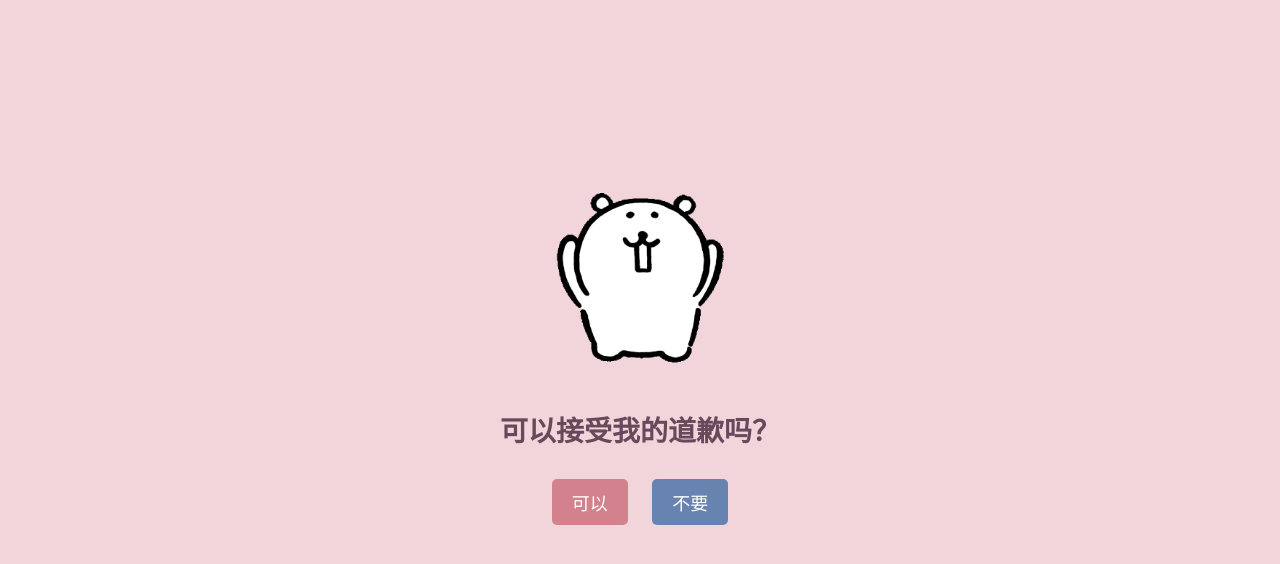
Repository: whatsecret/apologize
Page: index.html
An editor plug-in stored every save of this project. The page is shown before and after the next save, followed by the edit.
The browser window is 1280 px wide. The pictures show the whole page.

Above is the page before, as saved 2025-12-03 10:52:20.

After the next save:
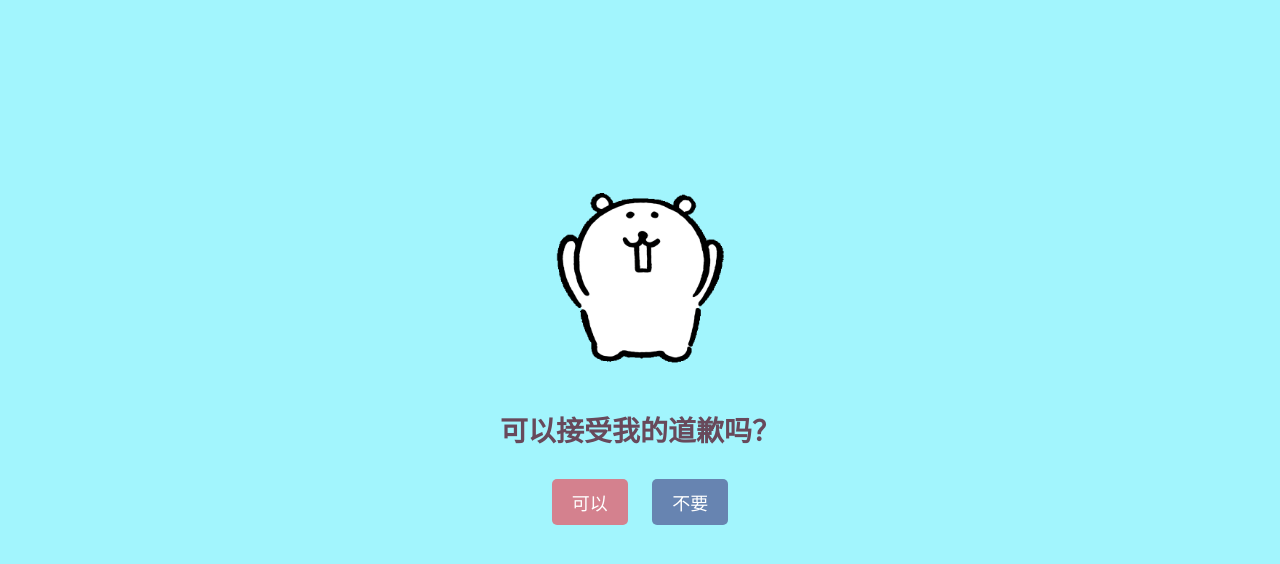
Saved 35 s later.
--- a/style.css
+++ b/style.css
@@ -1,5 +1,5 @@
 body {
-    background-color: #f1d5da; /* 浅粉色 */
+    background-color: #a2f5fd; /* 浅粉色 */
     text-align: center;
     font-family: Arial, sans-serif;
     margin: 0;
